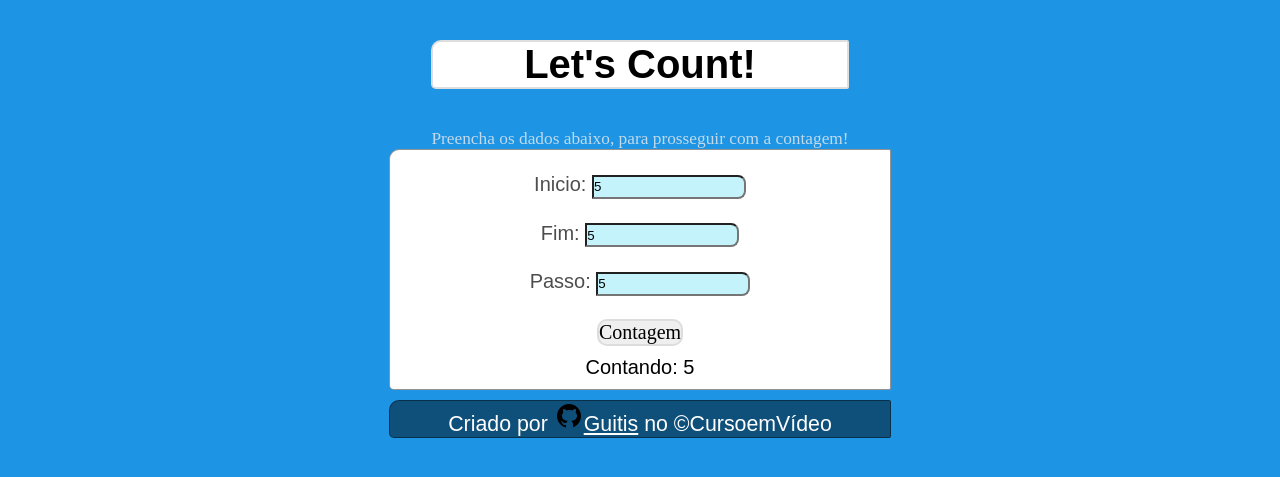
Repository: Guitis/Java-Script
Page: modelos/modelo002/ex17.html
An editor plug-in stored every save of this project. The page is shown before and after the next save, followed by the edit.
The browser window is 1280 px wide. The pictures show the whole page.
Empty fields were first filled with sample values (such as "Sample", 5 or name@example.com).
After loading, the first visible `#button` was clicked once.

Above is the page before, as saved 2023-02-19 13:55:54.

### modelos/modelo002/ex17.html
<!DOCTYPE html>
<html lang="pt-br">
<head>
    <meta charset="UTF-8">
    <meta http-equiv="X-UA-Compatible" content="IE=edge">
    <meta name="viewport" content="width=device-width, initial-scale=1.0">
    <title>Contador</title>
    <link rel="stylesheet" href="estilo/style.css">
</head>
<body>
    <header>
        <h1 id="tittle" onmousemove="move()">Let's Count!</h1>
        <h2>Preencha os dados abaixo, para prosseguir com a contagem!</h2>
    </header>

    <section id="sect1">
        <div id="dados"><br>
            <p>Inicio: <input type="number" name="inicio" id="txti"></p><br>
            <p>Fim: <input type="number" name="fim" id="txtf"></p><br>
            <p>Passo: <input type="number" name="passo" id="txtp"></p><br>
            <input id="button" type="button" value="Contagem" onclick="contar()">
        </div>

        <div id="res">
            Preparando a contagem...
        </div>

    </section>

    <footer>
        <p>Criado por <a id="link" href="https://github.com/Guitis" target="b
            "><img src="icons8-github-30.png" alt="githubicon">Guitis</a> no &copy;CursoemVídeo</p>
    </footer>

    <script src="java-script/javascript.js"></script>

</body>
</html>

### modelos/modelo002/estilo/style.css
@charset "UTF-8";

* {
    margin: 0px;
    padding: 0px;

}

body {
    background-color: rgb(29, 148, 228);
    font-family: Arial, Helvetica, sans-serif;
    font-size: 15pt;
}

h1 {
    margin: 40px;
    margin-left: 431px;
    margin-right: 431px;
    background-color: white;
    color: black;
    text-align: center;
    border: 2px solid rgba(0, 0, 0, 0.13);
    border-radius: 10px 2px 2px 5px;
}

h2 {
    color: rgba(235, 235, 235, 0.795);
    font: normal 13pt message-box;
    margin: auto;

    text-align: center;
}

section#sect1 {
    background-color: white;
    width: 500px;
    margin: auto;
    border-radius: 10px 2px 2px 5px;
    border: 1px solid rgba(0, 0, 0, 0.418);
}

div#dados {
    margin: auto;
    color: rgba(0, 0, 0, 0.699);
    text-align: center;
}

input#txti, input#txtf, input#txtp {
    background-color: rgba(72, 216, 241, 0.322);
    border-radius: 0px 8px 8px 0px;
    width: 150px;
    height: 20px;
}



div#res {
    text-align: center;
    margin: 10px;

}

input#button {
    text-decoration: solid;
    font: normal 15pt black;
    border-radius: 10px 10px 10px 10px;
    border: 2px solid rgba(0, 0, 0, 0.075);
}

input#button:hover {
    color: white;
   background-color: rgb(29, 148, 228);
    background-image: linear-gradient(to left,rgba(37, 46, 37, 0.014), rgba(171, 177, 171, 0.466));
}

footer {
    font: normal 16pt Arial;
    text-align: center;
    color: white;
    border: 1px solid rgba(0, 0, 0, 0.404);
    margin: auto;
    margin-top: 10px;
    width: 500px;
    background-color: rgba(0, 0, 0, 0.459);
    border-radius: 10px 2px 2px 5px;
}

a#link {
    text-decoration: underline;
    color: white;
}

a#link:hover {
    text-decoration: none;

}

### modelos/modelo002/java-script/javascript.js
function contar() { //contar() no html [e o button]
    let ini = window.document.getElementById('txti') //txti "inicio"
    let fim = window.document.getElementById('txtf') //txtf "fim"
    let passo = window.document.getElementById('txtp') // txtp "passo"
    let res = window.document.getElementById('res')

    if (ini.value.length == 0 || fim.value.length == 0 || passo.value.length == 0) {
    window.alert('[ERRO] Faltam os dados!')
    } else {
        res.innerHTML = 'Contando: '

        let i = Number(ini.value)
        let f = Number(fim.value)
        let p = Number(passo.value)



        for(let c=i; c<=f; c+=p){
            res.innerHTML += ` ${c} `
        }
    }
}

After the next save:
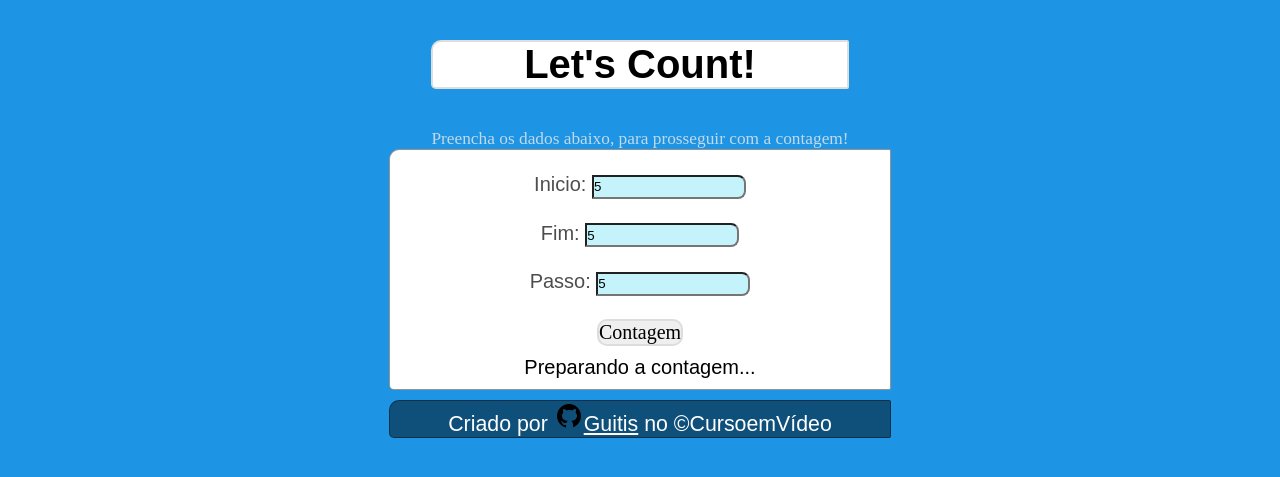
Console error: SyntaxError: Unexpected token 'for'
Saved 8 s later.
--- a/modelos/modelo002/java-script/javascript.js
+++ b/modelos/modelo002/java-script/javascript.js
@@ -13,7 +13,7 @@
         let f = Number(fim.value)
         let p = Number(passo.value)
 
-
+        if
 
         for(let c=i; c<=f; c+=p){
             res.innerHTML += ` ${c} `

After the save that followed:
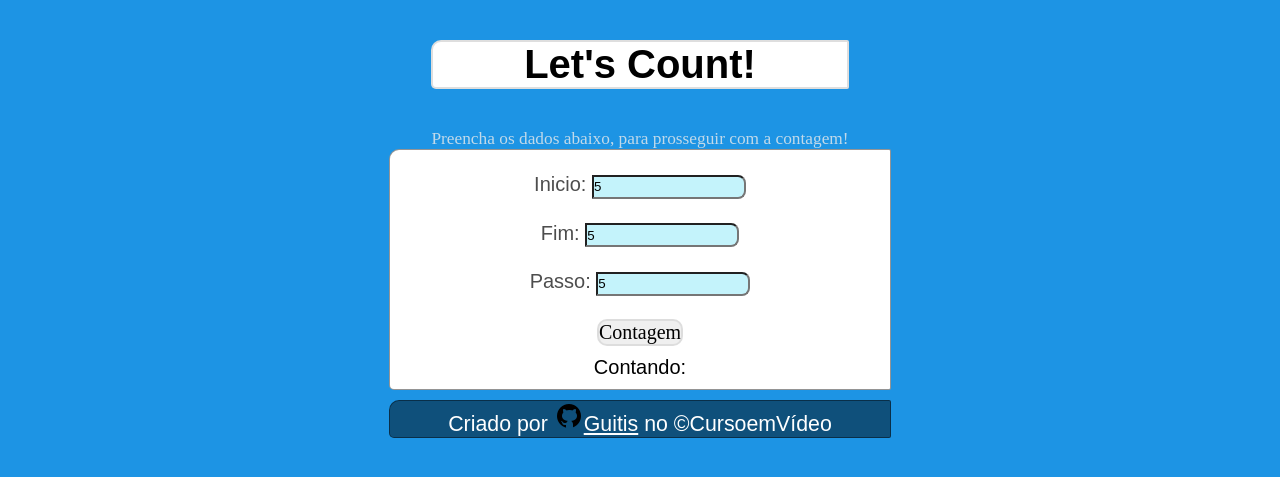
The error is gone.
Saved 7 s later.
--- a/modelos/modelo002/java-script/javascript.js
+++ b/modelos/modelo002/java-script/javascript.js
@@ -13,7 +13,7 @@
         let f = Number(fim.value)
         let p = Number(passo.value)
 
-        if
+        if (i<=0)
 
         for(let c=i; c<=f; c+=p){
             res.innerHTML += ` ${c} `
